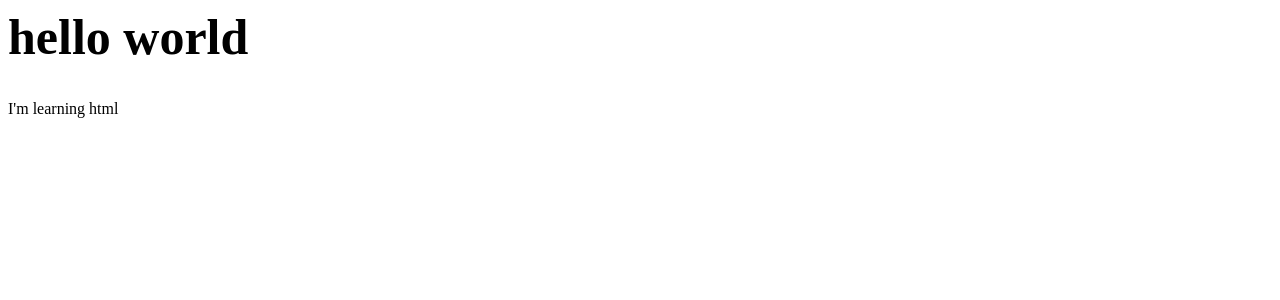
Repository: bao2222/hoc-lam-web
Page: icon.html
The author's editor kept a copy of each file at every save. The page is drawn from the files as they stood at one save, then again after the next save.
The browser window is 1280 px wide. The pictures show the whole page.

Above is the page before, as saved 2024-11-17 20:03:30.

### icon.html
<html>
    <head>
        <title>this is website</title>
        <style>
            h1 {
                font-size: 50px;
            }
        </style>

    </head>
    <body>
        <h1>hello world</h1>
        <p>I'm learning html</p>

    </body>


</html>

After the next save:
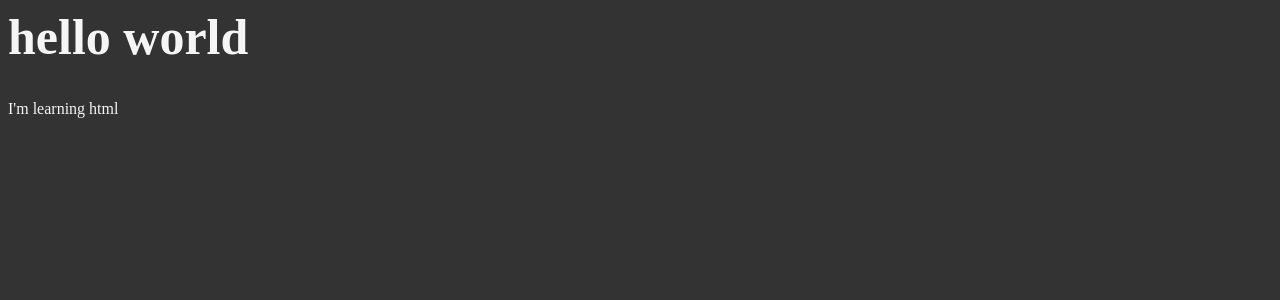
Saved 2 min 38 s later.
--- a/icon.html
+++ b/icon.html
@@ -4,6 +4,11 @@
         <style>
             h1 {
                 font-size: 50px;
+            }
+            body {
+                background-color: #333;
+                color:whitesmoke;
+
             }
         </style>
 
